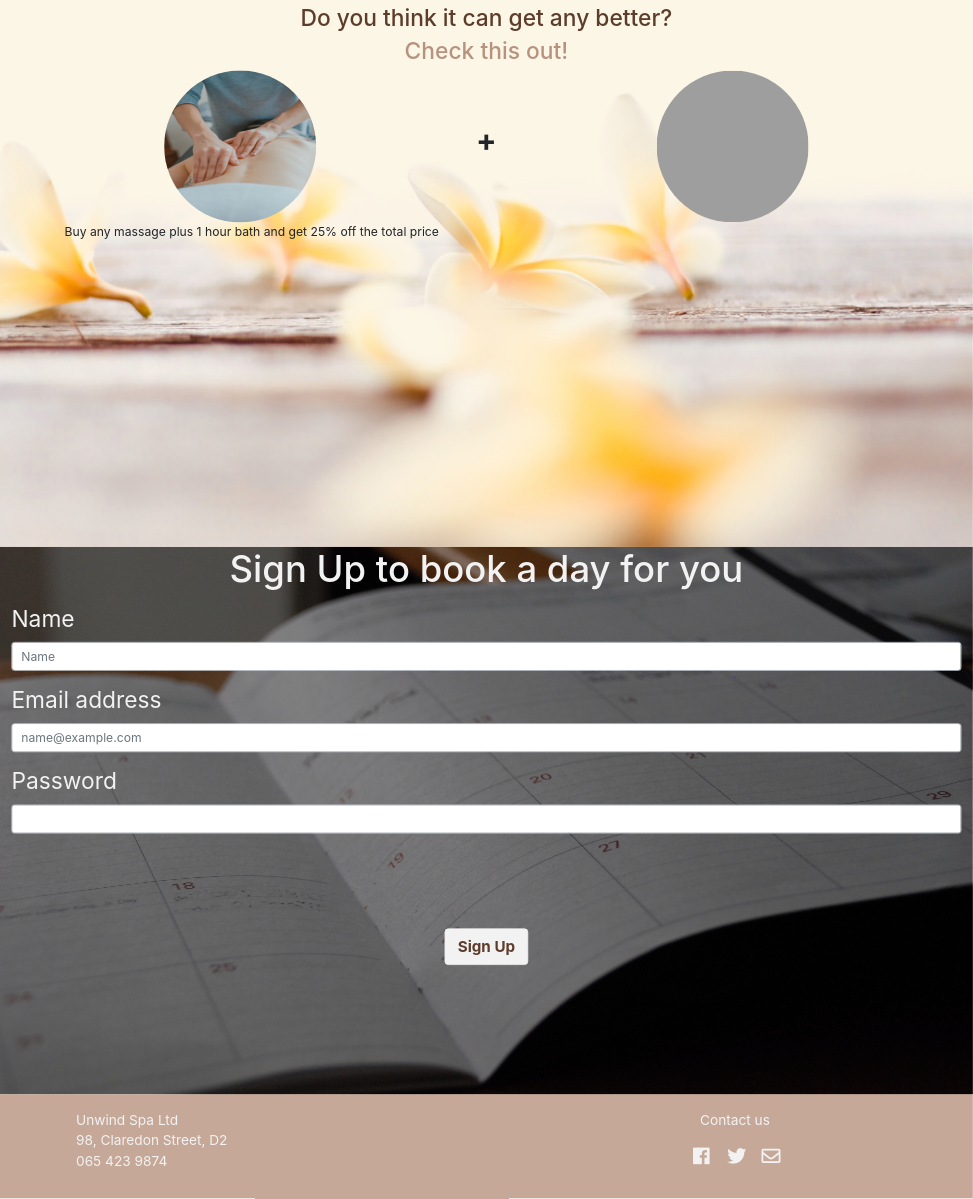
Repository: Code-Institute-Submissions/spa-website
Page: index.html
The author's editor kept a record of every edit. The page is drawn from the files as they stood at one moment, then again after the next edit.
The browser window is 1280 px wide. The pictures show the part of the page from y = 3151 to 4728 px (the page is 4728 px tall), at 76% of full size.
Pictures or frames that could not be fetched are drawn as grey boxes. An inner scrolling area shows only its first screen. Backgrounds fixed to the window are drawn as part of the page. Some web libraries are served in a nearby version.

Above is the page before.

### index.html
<!DOCTYPE html>
<html lang="en">

<head>
  <meta charset="UTF-8">
  <meta name="viewport" content="width=device-width, initial-scale=1.0">
  <meta http-equiv="X-UA-Compatible" content="ie=edge">
  <link rel="stylesheet" href="https://use.fontawesome.com/releases/v5.1.1/css/all.css" integrity="sha384-O8whS3fhG2OnA5Kas0Y9l3cfpmYjapjI0E4theH4iuMD+pLhbf6JI0jIMfYcK3yZ" crossorigin="anonymous">
  <link href="https://fonts.googleapis.com/css?family=Nobile" rel="stylesheet">
  <link rel="stylesheet" href="assets/css/style.css" type="text/css" />
  <link rel="stylesheet" href="https://stackpath.bootstrapcdn.com/bootstrap/4.3.1/css/bootstrap.min.css" integrity="sha384-ggOyR0iXCbMQv3Xipma34MD+dH/1fQ784/j6cY/iJTQUOhcWr7x9JvoRxT2MZw1T" crossorigin="anonymous">
  <title>Spa Website</title>
</head>

<body>


  <!--------------------------Navigation Section---------------------------->

  <nav class="navbar navbar-expand-lg navbar-light fixed-top">
    <div class="container">
      <div>
        <ul class="navbar-nav ml-auto toptitle">
          <li class="nav-item">
            <a class="navbar-brand" href="#home">Unwind</a>
          </li>
        </ul>
      </div>
      <button class="navbar-toggler" type="button" data-toggle="collapse" data-target="#navbarcontent" aria-controls="navbarcontent" aria-expanded="false" aria-label="Toggle navigation">
            <span class="navbar-toggler-icon"></span>
        </button>

      <div class="collapse navbar-collapse" id="navbarcontent">
        <ul class="navbar-nav ml-auto">
          <li class="nav-item active">
            <a class="nav-link" href="#">Home
                        <span class="sr-only">(current)</span>
                    </a>
          </li>
          <li class="nav-item">
            <a class="nav-link" href="#about">About</a>
          </li>
          <li class="nav-item">
            <a class="nav-link" href="#massage">Massage</a>
          </li>
          <li class="nav-item">
            <a class="nav-link" href="#bathing">Bathing</a>
          </li>
          <li class="nav-item">
            <a class="nav-link" href="#offer">Offer</a>
          </li>
        </ul>
      </div>
    </div>
  </nav>

  <!-------------------------------Landing Page------------------------------>

  <div class="home-area" id="home">
    <div class="container-fluid">
      <div class="row">
        <div class="col-md-12">
          <div class="home-text">
            <h1 id="titlepg">Take time for yourself</h1>
          </div>
          <div class="button">
            <button type="button" class="btn-btn-primary btn-lg" id="buttonpg">Book Now</button>
          </div>
        </div>
      </div>
    </div>
  </div>


  <!--------------------------------About us--------------------------------->

  <section id="about-us" class="about-us">
    <div id="container-fluid">
      <div class="row no-gutters">
        <div class="col-12 col-md-6 d-flex align-items-center order-1 order-md-0">
          <div class="abouttxt">
            <h2 class="important">About us</h2>
            <div class="description">
              <p>Our Amazing Spa is on the Market for 13 years, located in the heart of Dublin City Center for easy access.</p>
              <p>We're always updating ourselves to provide the best treatments available for you to have your deserved time to relax!</p>
              <div class="details">
                <p>Opening Times</p>
                <p>Mon-Sat 9am-7pm</p>
                <p>Location</p>
                <p>98,Claredon Street,Dublin 2</p>
              </div>
            </div>
          </div>
        </div>
        <div class="col-12 col-md-6 order-0 order-md-1" id="about">
        </div>
      </div>
    </div>

  </section>




  <!------------------------------------Massage-------------------------------->

  <section id="massage" class="massage">
    <div class="container-fluid">
      <div class="row">
        <div class="col-12 col-md-6 order-0 order-md-2" id="cover">
        </div>
        <div class="col-12 col-md-6 d-flex align-items-center order-3">
          <div id="masstop">
            <h2 class="titlemass">Massage</h2>
            <div id="secondline">
              <p>Choose what suits you by type and intensity</p>
            </div>
            <div class="containerlist">
              <div class="row">
                <div class="col-12 col-md-6">
                  Trigger point
                </div>
                <div class="col-12 col-md-6" id="bar">
                  <div class="progress">
                    <div class="progress-bar-low" role="progressbar" style="width: 25%" aria-valuenow="10" aria-valuemin="0" aria-valuemax="100">low</div>
                  </div>
                </div>
              </div>

              <div class="row">
                <div class="col-12 col-md-6">
                  Swedish
                </div>
                <div class="col-12 col-md-6" id="bar1">
                  <div class="progress">
                    <div class="progress-bar-medium" role="progressbar" style="width: 50%" aria-valuenow="10" aria-valuemin="0" aria-valuemax="100">medium</div>
                  </div>
                </div>
              </div>


              <div class="row">
                <div class="col-12 col-md-6">
                  Deep Tissue
                </div>
                <div class="col-12 col-md-6" id="bar2">
                  <div class="progress">
                    <div class="progress-bar-high" role="progressbar" style="width: 100%" aria-valuenow="10" aria-valuemin="0" aria-valuemax="100">high</div>
                  </div>
                </div>
              </div>

              <div class="row">
                <div class="col-12 col-md-6">
                  Hot Stone
                </div>
                <div class="col-12 col-md-6" id="bar3">
                  <div class="progress">
                    <div class="progress-bar-high" role="progressbar" style="width: 100%" aria-valuenow="10" aria-valuemin="0" aria-valuemax="100">high</div>
                  </div>
                </div>
                <div class="circles">
                  <div class="row">
                    <div class="col-12">
                      <span><i class="fas fa-square" id="low-square"></i> 45 minutes - €45,00</span><br>
                      <span><i class="fas fa-square" id="medium-square"></i> 60 minutes - €55,00</span><br>
                      <span><i class="fas fa-square" id="high-square"></i> 30 minutes - €65,00</span>
                    </div>
                  </div>
                </div>
              </div>
            </div>
          </div>
        </div>
      </div>
    </div>
  </section>



  <!------------------------------------Bathing------------------------------>

  <section id="bathing" class="bathing">
    <div id="hero-bath">
      <div id="hero-overlay-bath">
        <div class="container-fluid" id="text-bath-content">
          <div class="row">
            <div class="col-12">
              <div id="bath-title">
                <h2 class="titlebath">Deluxe Bathing Room</h2>
              </div>
              <div id="textbath">
                <span><i class="fa fa-user-alt"></i>1 hour bath for one person- €45,00</span>
                </br>
                <span><i class="fa fa-user-friends"></i> 1 hour bath for a couple- €60,00</span>
              </div>
              <div class="bottom-bt-txt">
                <p class="bottom"> Need extra time? 50% off on the next hour</p>
              </div>
            </div>
          </div>
        </div>
      </div>
    </div>
    </div>
  </section>




  <!------------------------------------Offer-------------------------------->
  <section id="offer" class="offer">
    <div id="hero-offer">
      <div class="container" id="wrapoffer">
        <div class="title">
          <h2 id="top">Do you think it can get any better?</h2>
          <h3 id="secondtop">Check this out!</h3>
        </div>
        <div class="row" id="roundpics">
          <div class="col-sm-5">
            <img src="images/massagepic.jpg" class="rounded-circle" alt="massage">
          </div>
          <div class="col-sm-2">
            <p id="signplus">+</p>
          </div>
          <div class="col-sm-5">
            <img src="./images/bath.jpg" class="rounded-circle" alt="bath">
          </div>
        </div>

        <div clas="textoffer">
          <p id="bottom">Buy any massage plus 1 hour bath and get 25% off the total price</p>
        </div>
      </div>
    </div>

  </section>

  <!------------------------------------Form--------------------------------->
  <section id="form" class="form">
    <div id="hero-cal">
      <div id="hero-overlay-cal">
        <div class="container-fluid">
          <div class="row">
            <div class="col-md-12">
              <h2 class="formt">Sign Up to book a day for you</h2>
              <form>
                <div class="form-group ">
                  <label for="name">Name</label>
                  <input type="email" class="form-control" id="name" placeholder="Name" required>
                </div>
                <div class="form-group">
                  <label for="emailaddress">Email address</label>
                  <input type="email" class="form-control" id="emailaddress" placeholder="name@example.com" required>
                </div>
                <div class="form-group">
                  <label for="pwd">Password</label>
                  <input type="password" class="form-control" id="pwd">
                </div>
                <button type="submit" class="btn btn-primary btn-lg" id="buttonform">Sign Up</button>
              </form>
            </div>
          </div>
        </div>
      </div>
    </div>
  </section>

  <!-----------------Footer------------------->
  <div class="footer-main-div">
    <div class="container-fluid">
      <div class="row">
        <div class="col-6" id="address">
          <p class="font-color-main">
            Unwind Spa Ltd<br> 98, Claredon Street, D2<br> 065 423 9874</p>
        </div>
        <div class="col-6" id="sicons">
          <p class="font-color-main" id="contact">
            Contact us
          </p>
          <div class="footer-social-icons">
            <ul>
              <li><a href="https://www.facebook.com"><i class="fab fa-facebook"></i></a></li>
              <li><a href="https://twitter.com"><i class="fab fa-twitter"></i></a></li>
              <li><a href="mailto:unwindnow@gmail.com"><i class="far fa-envelope"></i></a></li>
            </ul>
          </div>
        </div>
      </div>
    </div>
  </div>
  <!---------------------------------------end---------------------------->
  <script src="https://code.jquery.com/jquery-3.4.1.js"></script>
  <script src="https://cdnjs.cloudflare.com/ajax/libs/popper.js/1.15.0/umd/popper.min.js"></script>
  <script src="https://stackpath.bootstrapcdn.com/bootstrap/4.3.1/js/bootstrap.min.js"></script>
</body>

</html>

### assets/css/style.css
@import url('https://fonts.googleapis.com/css?family=Montserrat:400,700');

body {
  overflow-x: hidden;
  margin: 0 auto;
  height: 100%;
  width: 100%;
  position: relative;
}

/*-----Navigation bar----*/

nav {
  color: #f1f1f1;
  background-color: #C6A898;
}

.navbar-brand {
  height: 2rem;
  color: #f2f2f2;
  font-family: segoe print;
  font-size: 32px;
  padding-bottom: 30px;
}

.toptitle {
  list-style: none;
}




/*------Landing Page----*/

.home-area {
  background: url('../../images/landing.jpg');
  background-position: center center;
  -webkit-background-size: cover;
  background-size: cover;
  height: 100vh;
  overflow-x: hidden;
}

.home-text {
  margin: 0 auto;
  text-align: center;
  height: auto;
}

#titlepg {
  font-size: 84px;
  padding: 30px;
  color: #C6A898;
  text-shadow: 2px 1px 2px black;
  height: auto;
}

#buttonpg {
  background-color: #f2f2f2;
  color: #5C3C2A;
  border-color: #f2f2f2;
  font-weight: bold;
  display: block;
  margin: 0 auto;
  margin-top: 10%;
}

@media (max-width:320px) {
  #titlepg {
    margin-top: 20%;
    font-size: 68px;

  }

  #buttonpg {
    margin-top: 5%;
    margin-bottom: 10%;
  }
}

@media (min-width:340px) and (max-width:360px) {
  #titlepg {
    margin-top: 30%;
    font-size: 72px;

  }

  #buttonpg {
    margin-top: 15%;
    margin-bottom: 10%;
  }
}

@media (min-width: 400px) and (max-width: 413px) {
  #titlepg {
    margin-top: 40%;
  }

  #buttonpg {
    margin-top: 20%;
    margin-bottom: 20%;
  }
}

@media (min-width: 414px) and (max-width:590px) {
  #titlepg {
    margin-top: 30%;
  }

  #buttonpg {
    margin-top: 30%;
    margin-bottom: 10%;
  }
}

@media (min-width: 600px) {
  #buttonpg {
    margin-top: 20%;
    font-size: 36px;
    padding: 14px 40px;
  }

  #titlepg {
    margin-top: 40%;
  }
}



@media (min-width: 1024px) {
  #titlepg {
    margin-top: 50%;
  }
}

@media (min-width: 370px) and (max-width: 380px) {
  #titlepg {
    margin-top: 30%;
    font-size: 72px;
    height: auto;

  }

  #buttonpg {
    margin-top: 15%;
    margin-bottom: 10%;
    height: auto;
  }
}




/*--------------About Us----------*/

#about {
  background-attachment: fixed;
  background-image: url(' ../../images/aboutus.jpg');
  background-size: cover;
  background-repeat: no-repeat;
  position: relative;
  padding: 30px;
}

.about-us {
  background-color: #C6A898;
  margin: 0px;
}

.abouttxt {
  margin: 30px;

}

.important {
  padding: 40px 30px 40px;
  text-align: center;
  color: #5C3C2A;
  font-size: 54px;
  line-height: 44px;
}

.description p {
  padding: 0px 30px 20px;
  text-align: left;
  font-size: 24px;
  color: #5C3C2A;
  line-height: 40px;

}

.details {

  bottom: 0;
  padding-top: 10%;
  font-size: 1rem;

}

.details p {
  text-align: left;
  color: #5C3C2A;

}

@media (min-width: 700px) and (max-width: 1000px) {
  .description p {
    line-height: 30px;

  }
}

@media (min-width: 100px) and (max-width:770px) {
  #about {
    height: 100vh;
  }
}


/*------------------Massage---------------*/

#cover {
  background-attachment: fixed;
  background-image: url('../../images/massagepic.jpg');
  background-size: cover;
  background-repeat: no-repeat;
  position: relative;
  padding: 30px;
  margin: 0px;
  width: 100%;
}



#massage {
  background-color: #BCBABA;
  color: #f2f2f2;
  margin: 0px;
}

#masstop {
  margin: 30px;
}

.titlemass {
  font-size: 54px;
  color: #f2f2f2;
  text-align: center;
  padding: 40px 30px 40px;

}

#secondline {
  font-size: 24px;
  color: #f2f2f2;
  text-align: center;
}

.containerlist {
  width: 100%;
  height: 100%;
  font-size: 24px;
  line-height: 70px;
  padding: 30px;
}

#bar,
#bar1,
#bar2,
#bar3 {
  margin-top: 30px;
}

.progress-bar-low {
  background-color: #EFAE9E;
  color: #f2f2f2;
}

.progress-bar-medium {
  background-color: #F18C76;
}

.progress-bar-high {
  background-color: #FE6640;
}

.circles {
  padding-top: 30px;
}

#low-square {
  color: #EFAE9E;
}

#medium-square {
  color: #F18C76;
}

#high-square {
  color: #FE6640;
}

tbody {
  font-weight: normal;
  font-size: 36px;
  color: #f2f2f2;
}

thead {
  font-size: 36px;
  color: #f2f2f2;
}



@media (max-width: 320px) {
  .containerlist {
    font-size: 18px;
    padding-right: 60px;
  }

  #secondline {
    padding-right: 35px;
  }

  .circles {
    padding-left: 15px;
  }

}

@media (max-width: 600px) {
  #cover {
    height: 100vh;
  }

}

@media (min-width: 700px) and (max-width:1000px) {
  .containerlist {
    padding: 10px;
  }
}



/*------------Bathing---------*/

bathing {
  margin: 0px;
  padding: 0px;

}

#hero-bath {
  background-image: url('../../images/bath.jpg');
  background-size: cover;
  background-position: center center;
  position: relative;
  top: 0;
  bottom: 0;
  height: 100vh;
  z-index: -10;
}

#hero-overlay-bath {
  position: absolute;
  background-color: rgba(0, 0, 0, 0.5);
  top: 0px;
  bottom: 0px;
  height: 100%;
  width: 100%;
  z-index: -5;
}

#rowbath {
  height: 100%;
}

#text-bath-content {
  margin: 0px;
  position: relative;
  height: 100%;
  width: 100%;

}

#bath-title {
  color: #f1f1f1;
  text-align: center;
  padding-top: 55px;
  font-size: 68px;

}

#textbath {
  color: #f1f1f1;
  padding-top: 55px;
  padding-left: 10px;
}

.bottom {
  color: #f1f1f1;
  text-align: center;
  margin-top: 250px;

}

@media (min-width:374px) and (max-width:767px) {
  #textbath {
    padding-top: 120px;
    font-size: 18px;
  }

  .bottom {
    margin-top: 350px;
    font-size: 18px;
  }
}

@media (min-width:768px) and (max-width:1023px) {

  .titlebath {
    font-size: 46px;
    padding-top: 50px;
  }

  #textbath {
    padding-top: 200px;
    font-size: 24px;
    padding-left: 20px;
  }

  .bottom {
    font-size: 24px;
    margin-top: 400px;
  }
}

@media (min-width:1023px) and (max-width:1026px) {
  .titlebath {
    font-size: 46px;
    padding-top: 50px;
  }

  #textbath {
    font-size: 24px;
    padding-left: 40px;
    padding-top: 250px;

  }

  .bottom {
    font-size: 24px;
    padding-top: 450px;

  }
}



/*-----------Offer----------*/

#hero-offer {
  background-image: url('../../images/backgroundflwr.jpg');
  background-size: cover;
  background-position: center center;
  position: relative;
  top: 0;
  bottom: 0;
  height: 100vh;
  z-index: -10;
}

.container {

  align-items: center;
  width: 100%;


}

.title {
  margin-top: auto;
}

#top {
  font-size: 30px;
  color: #5C3C2A;
  text-align: center;
  padding-top: 5px;
}

#secondtop {
  font-size: 30px;
  color: #B7927E;
  text-align: center;
}

.offermsg {
  font-size: 18px;
  color: #5C3C2A;
  text-align: center;
  font-weight: bold;


}

#signplus {
  text-align: center;
  font-weight: bold;
  font-size: 40px;

}

#roundpics {
  width: 100%;
  height:100%;
  margin: 0 auto;
  overflow: hidden;
  align-items: center;
  justify-content: space-around;
  display: flex;
  float: none;
}

.rounded-circle {
  width: 200px;
  height: 200px;
  display: block;
  margin: 0 auto;

}




@media (max-width: 321px) {
  .offermsg {
    font-size: 14px;

  }

  #signplus {
    padding: 0px;
  }

  .rounded-circle {
    width: 130px;
    height: 130px;

  }

  #top,
  #secondtop {
    font-size: 24px;
  }
}

@media (min-width:330px) and (max-width:361px) {
  .rounded-circle {
    width: 120px;
    height: 120px;
  }
}



@media (min-width: 700px) and (max-width: 1000px) {
  #top,
  #secondtop {
    font-size: 36px;

  }

  .rounded-circle {
    width: 260px;
    height: 260px;
    display: block;
    margin: 0 auto;

  }

  #roundpics {
    margin: 0 auto;
  }

  .offermsg {
    font-size: 36px;
    margin: 0 auto;

  }

}

@media (min-width:1023px) and (max-width:1025px){
  #top,
  #secondtop {
    font-size: 42px;

  }

  .rounded-circle {
    width: 320px;
    height: 320px;
    display: block;
    margin: 0 auto;

  }

  #roundpics {

    margin: 0 auto;

  }


  .offermsg {
    font-size: 36px;
    margin: 0 auto;

  }
}



/*----------Form----------*/

#hero-cal {
  background-attachment: fixed;
  background-image: url('../../images/calendar.jpg');
  background-size: cover;
  background-position: center center;
  position: relative;
  top: 0;
  bottom: 0;
  height: 100vh;
  z-index: 5;
  overflow: auto;
  width: 100%;

}

#hero-overlay-cal {
  position: absolute;
  background-color: rgba(0, 0, 0, 0.5);
  top: 0;
  bottom: 0;
  right: 0;
  left: 0;
  height: 100%;
  width: 100%;
  overflow: auto;
  z-index: 10;


}

.formt {
  color: #f2f2f2;
  font-size: 48px;
  text-align: center;
}

.form-group {
  color: #f2f2f2;
  font-size: 30px;
  text-align: left;
  margin-top: 15px;


}

#buttonform {
  background-color: #f2f2f2;
  color: #5C3C2A;
  border-color: #f2f2f2;
  font-weight: bold;
  display: block;
  margin: 0 auto;
  margin-top: 10%;
  margin-bottom: 10%;
}





/*--------Footer------*/

.footer-main-div {
  position: relative;
  left: 0;
  bottom: 0;
  width: 100%;
  background: #C6A898;
  padding: 20px 0px;
}

#address {
  color: #f2f2f2;
  font-size: 18px;
  padding-left: 30px;
}

#sicons {
  color: #f2f2f2;
  font-size: 18px;
  width: 100%;
  text-align: center;
  padding-bottom: 10px;
}

.footer-social-icons {
  width: 100%;

}

.footer-social-icons ul {
  margin: 0px;
  padding: 0px;
}

.footer-social-icons ul li {
  display: inline-block;
  width: 20px;
  height: 20px;
  margin: 0px 10px;
  border-radius: 100%;
  background: #C6A898;
}

.footer-social-icons ul li a {
  color: #f2f2f2;
  font-size: 25px;
}

.footer-social-icons ul li a i {
  line-height: 30px;
}

@media (min-width:760px) {
  #address {
    padding-left: 100px;
  }
}

@media (min-width:1024px) {
  #sicons {
    padding-right: 1px;
  }
}

After the next edit:
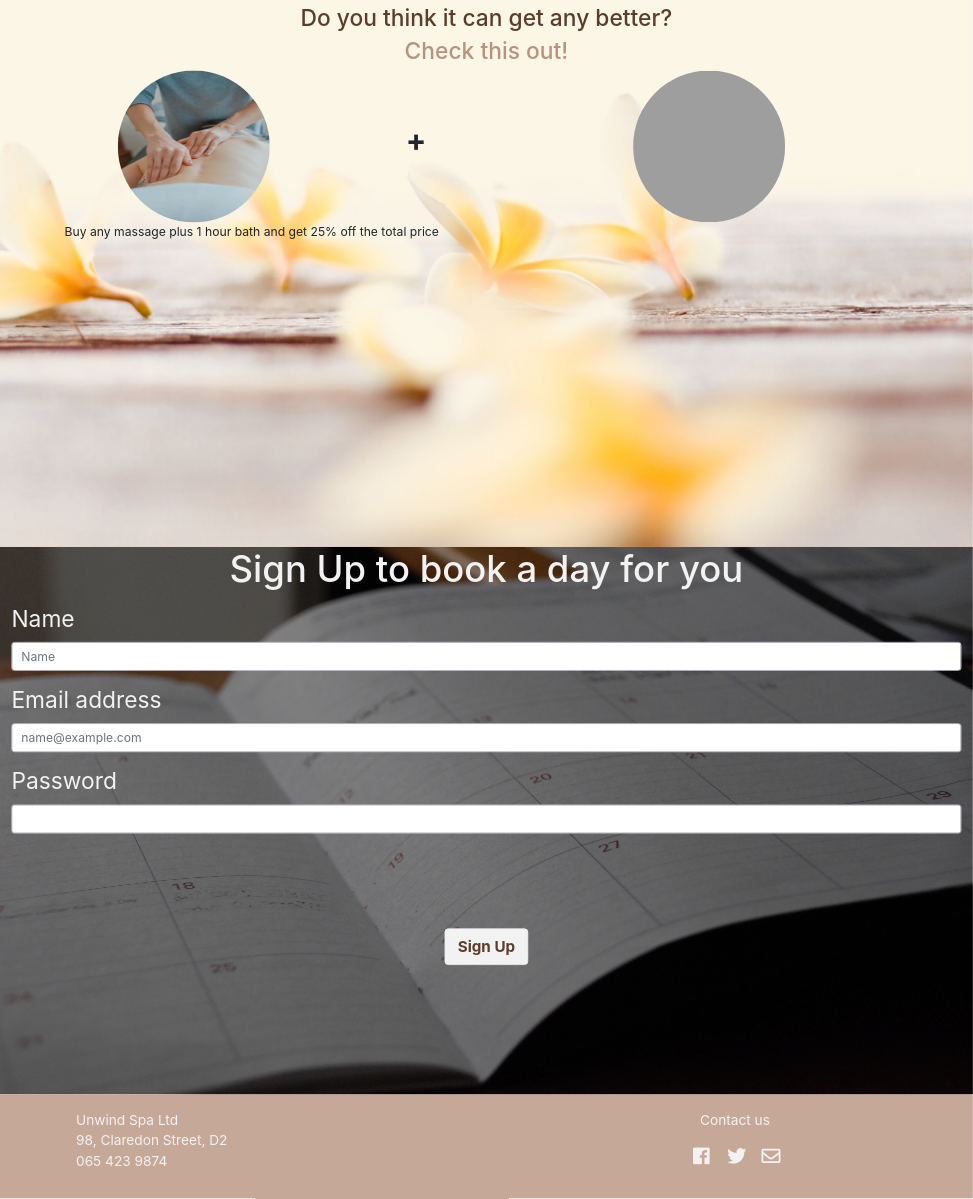
The edit:
--- a/index.html
+++ b/index.html
@@ -217,7 +217,7 @@
           <h3 id="secondtop">Check this out!</h3>
         </div>
         <div class="row" id="roundpics">
-          <div class="col-sm-5">
+          <div class="col-sm-3">
             <img src="images/massagepic.jpg" class="rounded-circle" alt="massage">
           </div>
           <div class="col-sm-2">
